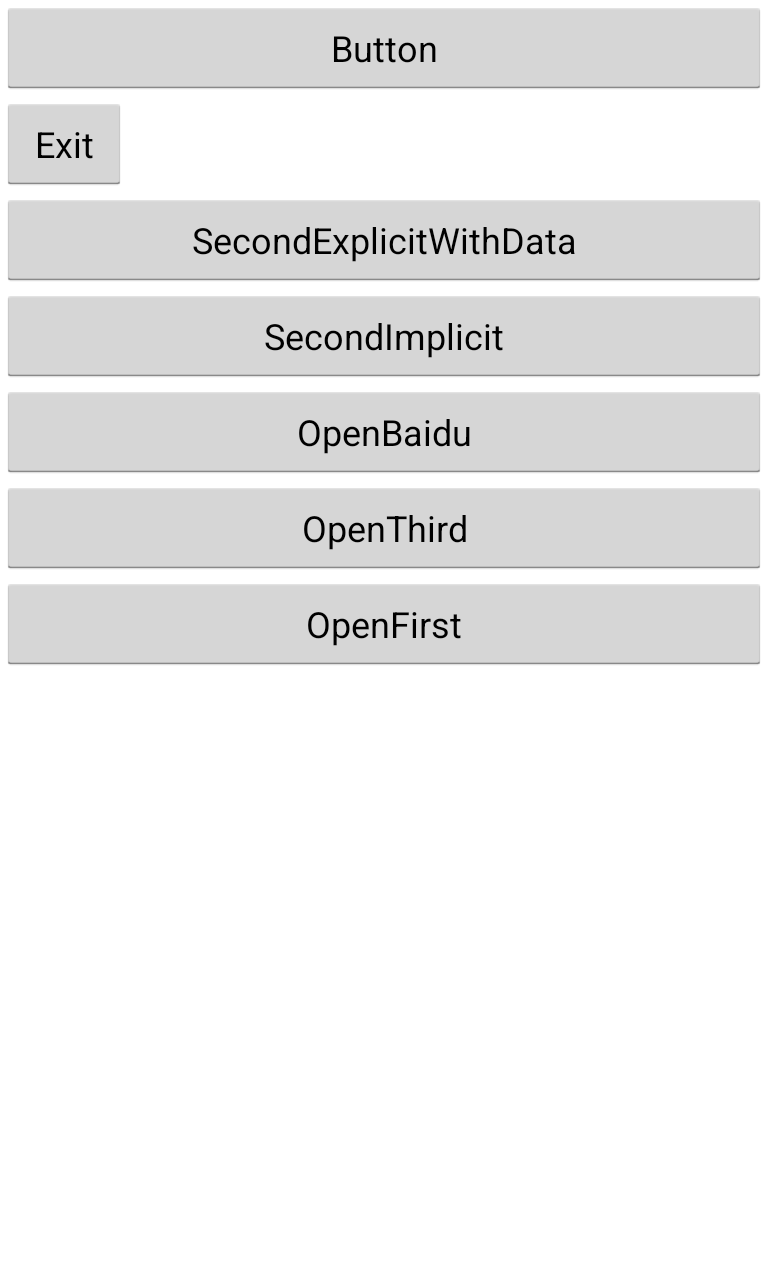
Repository: GUNDAMR/firstcode_android
Layout: C2ActivityTest/res/layout/first_layout.xml
The author's editor kept a copy of each file at every save. The layout is drawn from the files as they stood at one save, then again after the next save.
It is drawn on a 768 x 1280 px phone screen (xhdpi) without system bars, with theme AppTheme; the app's code is not run.

Above is the layout before, as saved 2014-12-09 11:15:58.

After the next save:
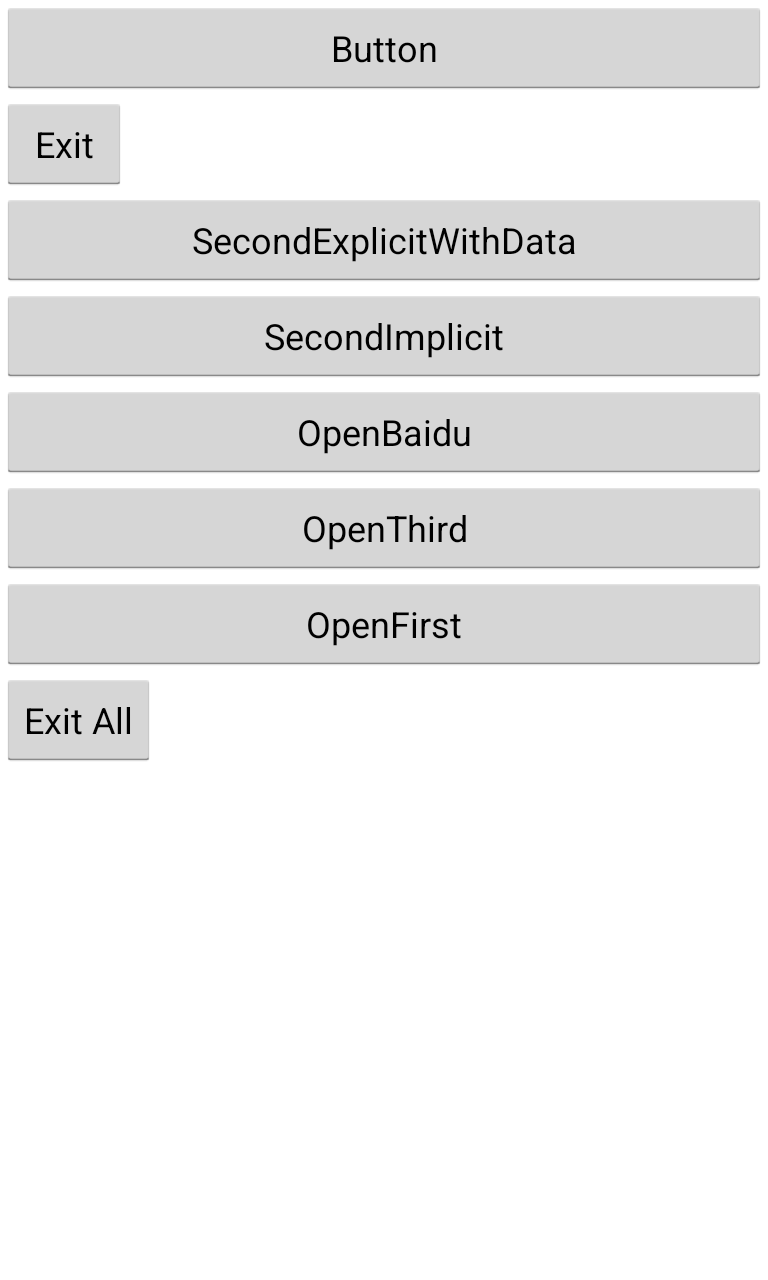
Saved 10 s later.
--- a/C2ActivityTest/res/layout/first_layout.xml
+++ b/C2ActivityTest/res/layout/first_layout.xml
@@ -46,4 +46,10 @@
         android:layout_height="wrap_content"
         android:text="OpenFirst" />
 
+    <Button
+        android:id="@+id/btn_exit_all"
+        android:layout_width="wrap_content"
+        android:layout_height="wrap_content"
+        android:text="Exit All" />
+
 </LinearLayout>
